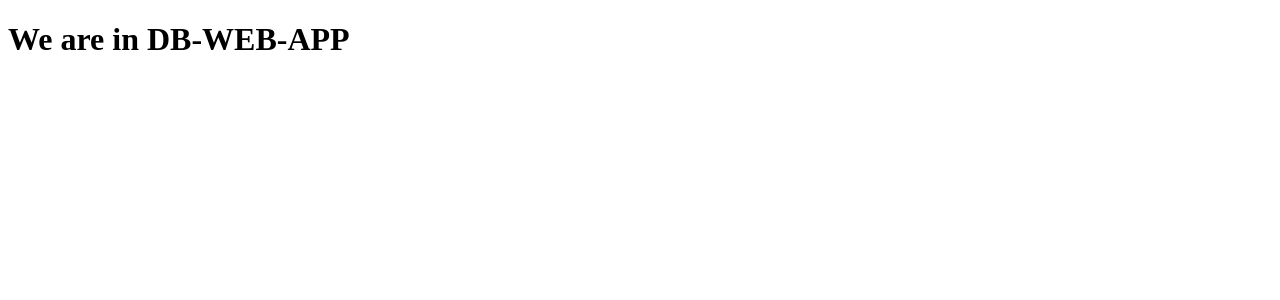
Repository: Bhushan1307/jewelltechno
Page: db-web-app/src/main/webapp/index.html
These files come from the project's save history. The page is drawn as it stood at one moment and after the next save; the edit follows.
The browser window is 1280 px wide. The pictures show the whole page.

Above is the page before, as saved 2023-02-14 11:31:10.

After the next save:
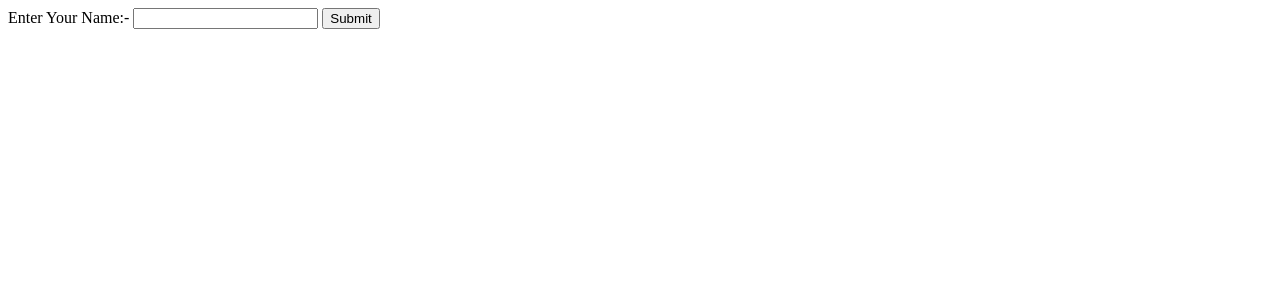
Saved 7 min 25 s later.
--- a/db-web-app/src/main/webapp/index.html
+++ b/db-web-app/src/main/webapp/index.html
@@ -5,6 +5,11 @@
 <title>Insert title here</title>
 </head>
 <body>
-	<h1>We are in DB-WEB-APP</h1>
+		<form action="">
+		<label>Enter Your Name:- </label>
+		<input type="text" name="">
+		<input type="submit">
+
+		</form>
 </body>
 </html>
